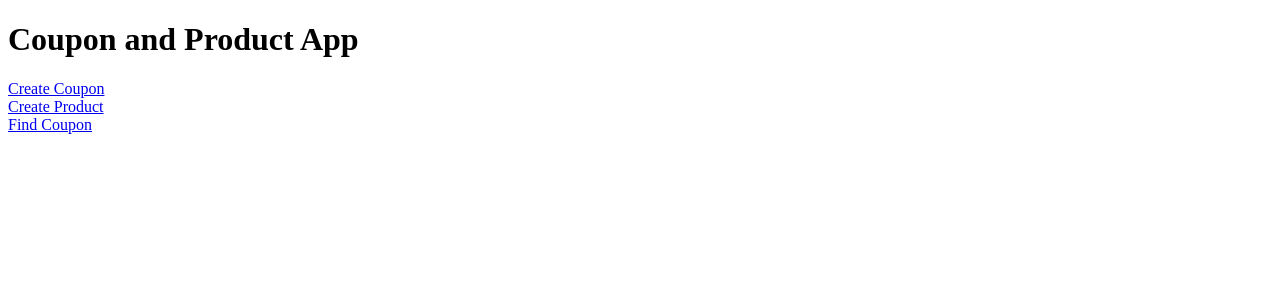
Repository: amitshinde1911/TD-Java-Training
Page: JDBC,Servlet and JSP/candpapp/src/main/webapp/index.html
An editor plug-in stored every save of this project. The page is shown before and after the next save, followed by the edit.
The browser window is 1280 px wide. The pictures show the whole page.

Above is the page before, as saved 2024-12-08 06:53:00.

### JDBC,Servlet and JSP/candpapp/src/main/webapp/index.html
<!DOCTYPE html>
<html>
<head>
<meta charset="UTF-8">
<title>Coupon and Product app</title>
</head>
<body>
	<h1>Coupon and Product App</h1>
	<a href="createCoupon.jsp">Create Coupon</a> </br>
	<a href="createProduct.jsp">Create Product</a></br>
	<a href="findCoupon.jsp">Find Coupon</a></br>
</body>
</html>

After the next save:
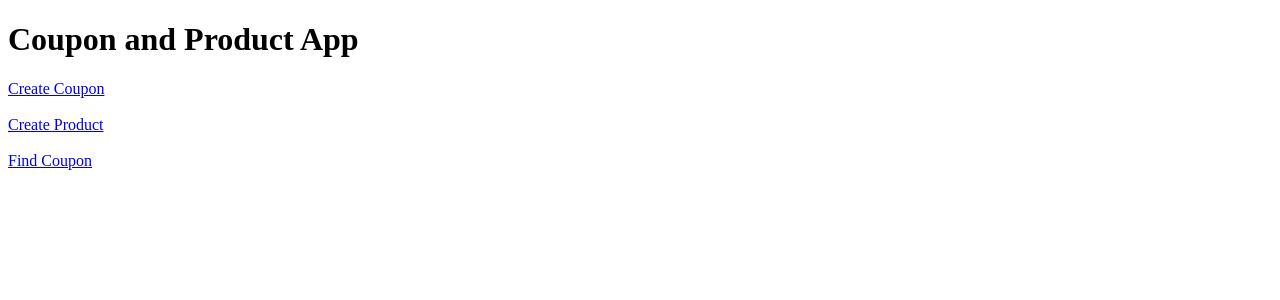
Saved 14 s later.
--- a/JDBC,Servlet and JSP/candpapp/src/main/webapp/index.html
+++ b/JDBC,Servlet and JSP/candpapp/src/main/webapp/index.html
@@ -6,8 +6,8 @@
 </head>
 <body>
 	<h1>Coupon and Product App</h1>
-	<a href="createCoupon.jsp">Create Coupon</a> </br>
-	<a href="createProduct.jsp">Create Product</a></br>
-	<a href="findCoupon.jsp">Find Coupon</a></br>
+	<a href="createCoupon.jsp">Create Coupon</a> </br></br>
+	<a href="createProduct.jsp">Create Product</a></br></br>
+	<a href="findCoupon.jsp">Find Coupon</a></br></br>
 </body>
 </html>
